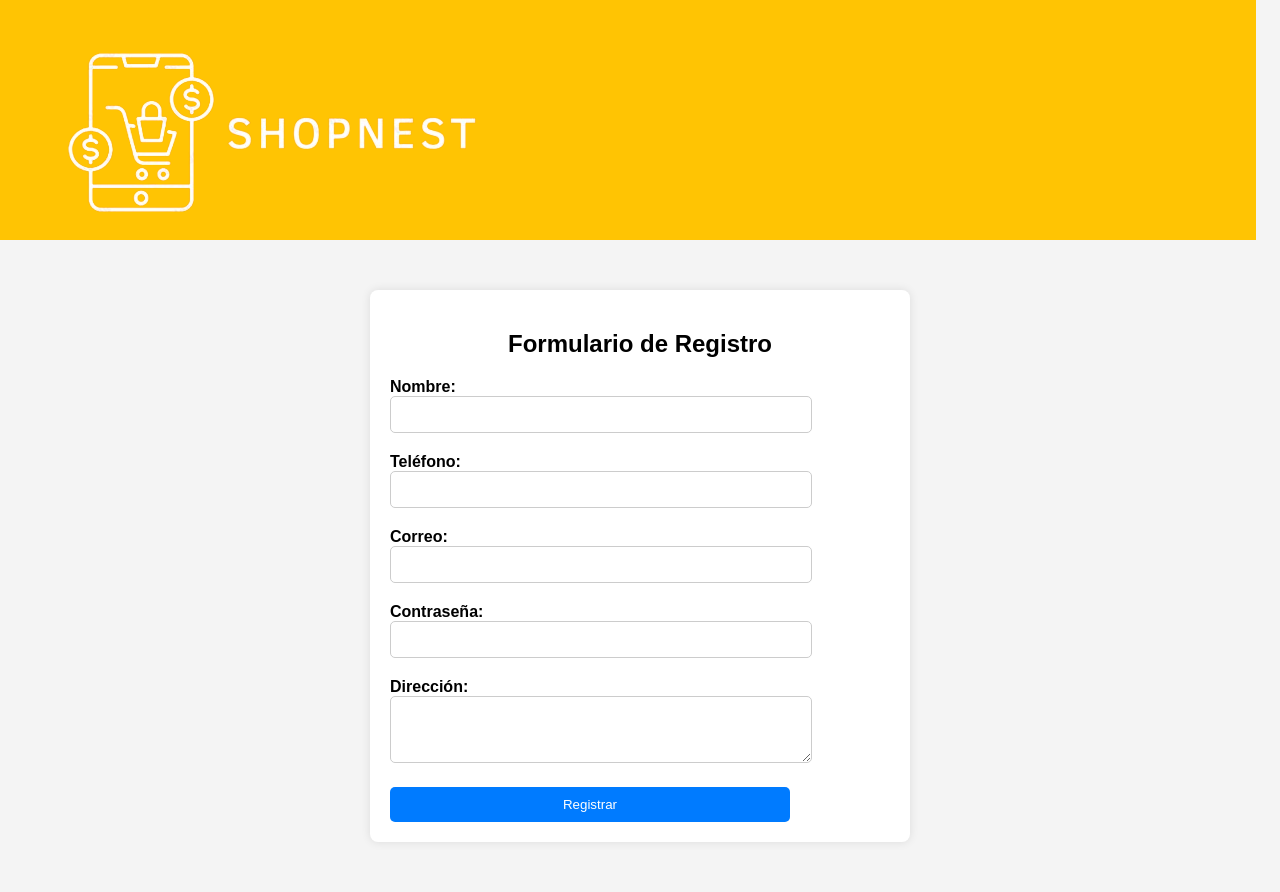
Repository: Regmalek07/ProyectoU
Page: registro.html
The author's editor kept a copy of each file at every save. The page is drawn from the files as they stood at one save, then again after the next save.
The browser window is 1280 px wide. The pictures show the whole page.

Above is the page before, as saved 2024-04-28 20:41:28.

After the next save:
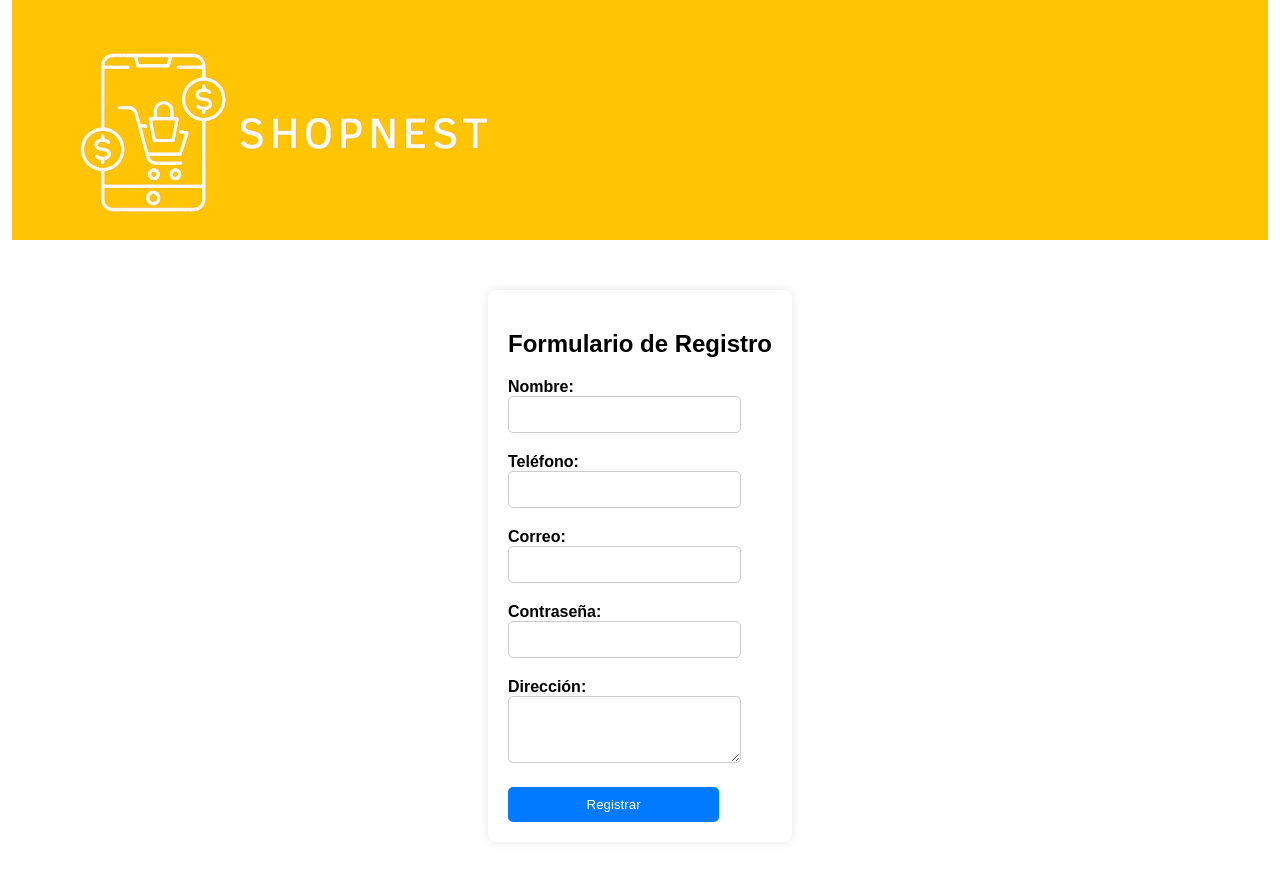
Saved 17 s later.
--- a/styles4.css
+++ b/styles4.css
@@ -1,9 +1,11 @@
 body {
     font-family: Arial, sans-serif;
-    background-color: #f4f4f4;
     margin: 0;
     padding: 0;
-  }
+    display: flex;
+    flex-direction: column;
+    align-items: center;
+}
 
   .container {
     max-width: 500px;
